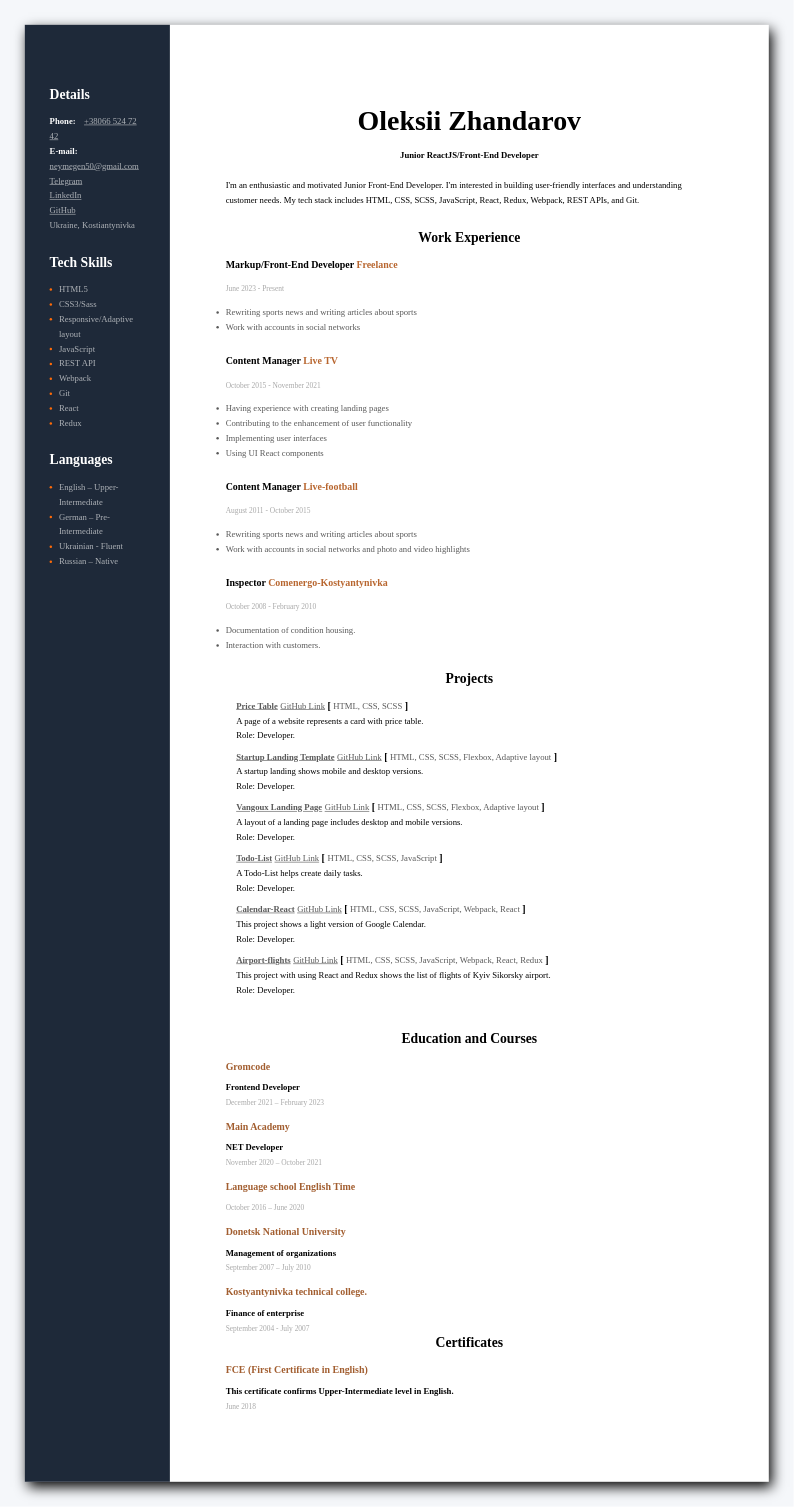
Repository: AlekseyRD88/CVZA
Page: index.html
The author's editor kept a copy of each file at every save. The page is drawn from the files as they stood at one save, then again after the next save.
The browser window is 1280 px wide. The pictures show the whole page, at 62% of full size.

Above is the page before, as saved 2024-01-18 23:44:03.

### index.html
<!DOCTYPE html>
<html lang="en">
  <head>
    <meta charset="UTF-8" />
    <meta http-equiv="X-UA-Compatible" content="IE=edge" />
    <meta name="viewport" content="width=device-width, initial-scale=1.0" />
    <title>CV</title>
    <link rel="stylesheet" href="./style.css" />
  </head>
  <body>
    <div class="wrapper">
      <aside class="sidebar">
        <div class="main-container">
          <div class="contacts">
            <h3 class="contacts-title">Details</h3>
            <div>
              <span class="span">Phone: </span>
              <a class="link" href="+380665247242" target="_blank"> +38066 524 72 42 </a>
            </div>
            <div>
              <span class="span">E-mail: </span>
              <a class="link" href="mailto:neymegen50@gmail.com" target="_blank">neymegen50@gmail.com</a>
            </div>
            <div>
              <a class="link" href="https://t.me/RedDevil_88" target="_blank">Telegram</a>
            </div>
            <div>
              <a class="link" href="https://www.linkedin.com/in/oleksii-zhandarov-184809235/" target="_blank">LinkedIn</a>
            </div>
            <div>
              <a class="link" href="https://github.com/AlekseyRD88" target="_blank">GitHub</a>
            </div>
            <div>
              <p class="link">Ukraine, Kostiantynivka</p>
            </div>
          </div>
          <div class="tech-skills">
            <h3 class="tech-skills-title">Tech Skills</h3>
            <ul>
              <li class="tech-li"><span class="text">HTML5</span></li>
              <li class="tech-li"><span class="text">CSS3/Sass</span></li>
              <li class="tech-li">
                <span class="text">Responsive/Adaptive layout</span>
              </li>
              <li class="tech-li"><span class="text">JavaScript</span></li>
              <li class="tech-li"><span class="text">REST API</span></li>
              <li class="tech-li"><span class="text">Webpack</span></li>
              <li class="tech-li"><span class="text">Git</span></li>
              <li class="tech-li"><span class="text">React</span></li>
              <li class="tech-li"><span class="text">Redux</span></li>
            </ul>
          </div>
          <div class="language-skills">
            <h3 class="language_skills-title">Languages</h3>
            <ul>
              <li class="skills-li">
                <span class="text_skills">English – Upper-Intermediate</span>
              </li>
              <li class="skills-li">
                <span class="text_skills">German – Pre-Intermediate</span>
              </li>
              <li class="skills-li">
                <span class="text_skills">Ukrainian - Fluent</span>
              </li>
              <li class="skills-li">
                <span class="text_skills">Russian – Native</span>
              </li>
            </ul>
          </div>
        </div>
      </aside>
      <div class="container">
        <div class="info">
          <h1 class="name">Oleksii Zhandarov</h1>
          <h2 class="profession">Junior ReactJS/Front-End Developer</h2>

          <p class="description">I'm an enthusiastic and motivated Junior Front-End Developer. I'm interested in building user-friendly interfaces and understanding customer needs. My tech stack includes HTML, CSS, SCSS, JavaScript, React, Redux, Webpack, REST APIs, and Git.</p>
        </div>
        <h3 class="title">Work Experience</h3>
        <div>
          <h4 class="profession-title">Markup/Front-End Developer<span class="prof"> Freelance</span></h4>
          <span class="prof-time">June 2023 - Present </span>
          <ul class="profession-duties">
            <li class="duties-item">Rewriting sports news and writing articles about sports</li>
            <li class="duties-item">Work with accounts in social networks</li>
          </ul>
        </div>
        <div>
          <h4 class="profession-title">Content Manager <span class="prof"> Live TV</span></h4>
          <span class="prof-time">October 2015 - November 2021 </span>
          <ul class="profession-duties">
            <li class="duties-item">Having experience with creating landing pages</li>
            <li class="duties-item">Contributing to the enhancement of user functionality</li>
            <li class="duties-item">Implementing user interfaces</li>
            <li class="duties-item">Using UI React components</li>
          </ul>
        </div>
        <div>
          <h4 class="profession-title">Content Manager <span class="prof"> Live-football</span></h4>
          <span class="prof-time">August 2011 - October 2015 </span>
          <ul class="profession-duties">
            <li class="duties-item">Rewriting sports news and writing articles about sports</li>
            <li class="duties-item">Work with accounts in social networks and photo and video highlights</li>
          </ul>
        </div>
        <div>
          <h4 class="profession-title">Inspector <span class="prof"> Comenergo-Kostyantynivka </span></h4>
          <span class="prof-time"> October 2008 - February 2010 </span>
          <ul class="profession-duties">
            <li class="duties-item">Documentation of condition housing.</li>
            <li class="duties-item">Interaction with customers.</li>
          </ul>
          <div>
            <div class="projects-container">
              <h3 class="title">Projects</h3>
              <ul class="list">
                <li class="projects-item">
                  <a class="projects-link" href="https://alekseyrd88.github.io/price-table-gromcode/" target="_blank"><b>Price Table</b></a>
                  <a class="projects-link" href="https://github.com/AlekseyRD88/price-table-gromcode" target="_blank">GitHub Link</a>
                  <span><b>[</b> <span class="tech-name">HTML, CSS, SСSS</span> <b>]</b></span>
                  <p class="description">A page of a website represents a card with price table.</p>
                  <p class="description">Role: Developer.</p>
                </li>
                <li class="projects-item">
                  <a class="projects-link" href="https://alekseyrd88.github.io/startup-landing-template-gromcode/" target="_blank"><b>Startup Landing Template</b></a>
                  <a class="projects-link" href="https://github.com/AlekseyRD88/startup-landing-template-gromcode" target="_blank">GitHub Link</a>
                  <span><b>[</b> <span class="tech-name">HTML, CSS, SСSS, Flexbox, Adaptive layout</span> <b>]</b></span>
                  <p class="description">A startup landing shows mobile and desktop versions.</p>
                  <p class="description">Role: Developer.</p>
                </li>
                <li class="projects-item">
                  <a class="projects-link" href="https://alekseyrd88.github.io/vangoux-landing-page-gromcode/" target="_blank"><b>Vangoux Landing Page</b></a>
                  <a class="projects-link" href="https://github.com/AlekseyRD88/vangoux-landing-page-gromcode" target="_blank">GitHub Link</a>
                  <span><b>[</b> <span class="tech-name">HTML, CSS, SСSS, Flexbox, Adaptive layout</span> <b>]</b></span>
                  <p class="description">A layout of a landing page includes desktop and mobile versions.</p>
                  <p class="description">Role: Developer.</p>
                </li>
                <li class="projects-item">
                  <a class="projects-link" href="https://alekseyrd88.github.io/todo-js/" target="_blank"><b>Todo-List</b></a>
                  <a class="projects-link" href="https://github.com/AlekseyRD88/todo-js" target="_blank">GitHub Link</a>
                  <span><b>[</b> <span class="tech-name">HTML, CSS, SСSS, JavaScript</span> <b>]</b></span>
                  <p class="description">A Todo-List helps create daily tasks.</p>
                  <p class="description">Role: Developer.</p>
                </li>
                <li class="projects-item">
                  <a class="projects-link" href="https://singular-axolotl-241f5f.netlify.app/" target="_blank"><b>Calendar-React</b></a>
                  <a class="projects-link" href="https://github.com/AlekseyRD88/calendar-react" target="_blank">GitHub Link</a>
                  <span><b>[</b> <span class="tech-name">HTML, CSS, SСSS, JavaScript, Webpack, React</span> <b>]</b></span>
                  <p class="description">This project shows a light version of Google Calendar.</p>
                  <p class="description">Role: Developer.</p>
                </li>
                <li class="projects-item">
                  <a class="projects-link" href="https://dainty-fudge-09b940.netlify.app/" target="_blank"><b>Airport-flights</b></a>
                  <a class="projects-link" href="https://github.com/AlekseyRD88/airport-flights" target="_blank">GitHub Link</a>
                  <span><b>[</b> <span class="tech-name">HTML, CSS, SСSS, JavaScript, Webpack, React, Redux</span> <b>]</b></span>
                  <p class="description">This project with using React and Redux shows the list of flights of Kyiv Sikorsky airport.</p>
                  <p class="description">Role: Developer.</p>
                </li>
              </ul>
            </div>
            <div>
              <h3 class="title">Education and Courses</h3>
              <div>
                <h3 class="study">Gromcode</h3>
                <h2 class="spec">Frontend Developer</h2>
                <span class="study-time">December 2021 – February 2023 </span>
              </div>
              <div>
                <h3 class="study">Main Academy</h3>
                <h2 class="spec">NET Developer</h2>
                <span class="study-time">November 2020 – October 2021 </span>
              </div>
              <div>
                <h3 class="study">Language school English Time</h3>
                <span class="study-time">October 2016 – June 2020 </span>
              </div>
              <div>
                <h3 class="study">Donetsk National University</h3>
                <h2 class="spec">Management of organizations</h2>
                <span class="study-time">September 2007 – July 2010 </span>
              </div>
              <div>
                <h3 class="study">Kostyantynivka technical college.</h3>
                <h2 class="spec">Finance of enterprise</h2>
                <span class="study-time">September 2004 - July 2007 </span>
              </div>
              <h3 class="title">Certificates</h3>
              <div>
                <h3 class="study">FCE (First Certificate in English)</h3>
                <h2 class="spec">This certificate confirms Upper-Intermediate level in English.</h2>
                <span class="study-time">June 2018 </span>
              </div>
            </div>
          </div>
        </div>
      </div>
    </div>
  </body>
</html>

### style.css
* {
  padding: 0;
  margin: 0;
  box-sizing: border-box;
}

body {
  background: #f5f7fa;
  padding: 40px 20px;

  font-family: Montserrat;
}

.list {
  list-style: none;
}

.wrapper {
  background: #ffffff;
  display: flex;
  max-width: 1200px;
  margin: 0 auto;
  box-shadow: 5px 9px 20px rgb(0, 0, 0, 15);
}

.sidebar {
  background: #1e2939;
  width: 370px;
  padding-top: 40px;
  padding-bottom: 40px;
}

.photo {
  width: 370px;
}

.container {
  padding: 110px 90px;
}

.contacts {
  margin-top: 60px;
  margin-left: 40px;
  margin-right: 40px;
}

.contacts-title {
  font-size: 22px;
  font-weight: 700;
  line-height: 24px;
  color: #ffffff;
  margin-bottom: 20px;
}

.link {
  font-size: 14px;
  font-weight: 400;
  line-height: 24px;
  color: #aeb2b7;
  margin-right: 10px;
}

.span {
  font-size: 14px;
  font-weight: 700;
  line-height: 24px;
  color: #ffffff;
  margin-right: 10px;
}

.tech-skills-title {
  font-size: 22px;
  font-weight: 700;
  line-height: 24px;
  margin-bottom: 20px;
  color: #ffffff;
}

.tech-skills {
  margin-left: 40px;
  margin-right: 40px;
  margin-top: 35px;
}

.tech-li {
  font-size: 14px;
  font-weight: 400;
  line-height: 24px;
  color: #ff6b08;
  margin-left: 15px;
}

.text {
  color: #aeb2b7;
}

.language-skills {
  margin-left: 40px;
  margin-right: 40px;
  margin-top: 35px;
}
.language_skills-title {
  font-size: 22px;
  font-weight: 700;
  line-height: 24px;
  color: #ffffff;
  margin-bottom: 20px;
}

.skills-li {
  font-size: 14px;
  font-weight: 400;
  line-height: 24px;
  color: #ff6b08;
  margin-left: 15px;
}

.text_skills {
  color: #aeb2b7;
}

.profession {
  font-size: 14px;
  font-weight: 700;
  line-height: 24px;
  margin-bottom: 25px;
  text-align: center;
}

.name {
  font-size: 45px;
  font-weight: 700;
  line-height: 89px;
  text-align: center;
}

.description {
  font-size: 14px;
  font-weight: 400;
  line-height: 24px;
}

.about-link {
  color: currentColor;
}

.info {
  margin-bottom: 35px;
}

.title {
  font-size: 22px;
  font-weight: 700;
  line-height: 24px;
  margin-bottom: 20px;
  text-align: center;
}

.projects-link {
  color: #595959;
  font-size: 14px;
  font-weight: 400;
  line-height: 24px;
}

.projects-item + .projects-item {
  margin-top: 10px;
}

.tech-name {
  color: #595959;
  font-size: 14px;
  font-weight: 400;
  line-height: 24px;
}

.dots {
  color: #bebebe;
  font-weight: 100;
}

.projects-item {
  font-weight: 700;
  margin-left: 17px;
}

.projects-container {
  margin-bottom: 55px;
}

.profession-title {
  font-size: 16px;
  font-weight: 700;
  line-height: 24px;
  margin-top: 10px;
  margin-bottom: 15px;
}


.prof {
  color: #b8662f;
}

.prof-time {
  color: #a8a8a8;
  font-size: 12px;
  font-weight: 400;
  line-height: 24px;
  margin-bottom: 14px;
}

.profession-duties {
  margin-top: 14px;
  margin-bottom: 30px;
}
.duties-item {
  color: #595959;
  font-size: 14px;
  font-weight: 400;
  line-height: 24px;
}

.study {
  color: #a25e30;
  font-size: 16px;
  font-weight: 700;
  line-height: 24px;
  margin-top: 15px;
  margin-bottom: 10px;
}

.spec {
  font-size: 14px;
  font-weight: 700;
  line-height: 24px;
}

.study-time {
  color: #a8a8a8;
  font-size: 12px;
  font-weight: 400;
  line-height: 24px;
}

After the next save:
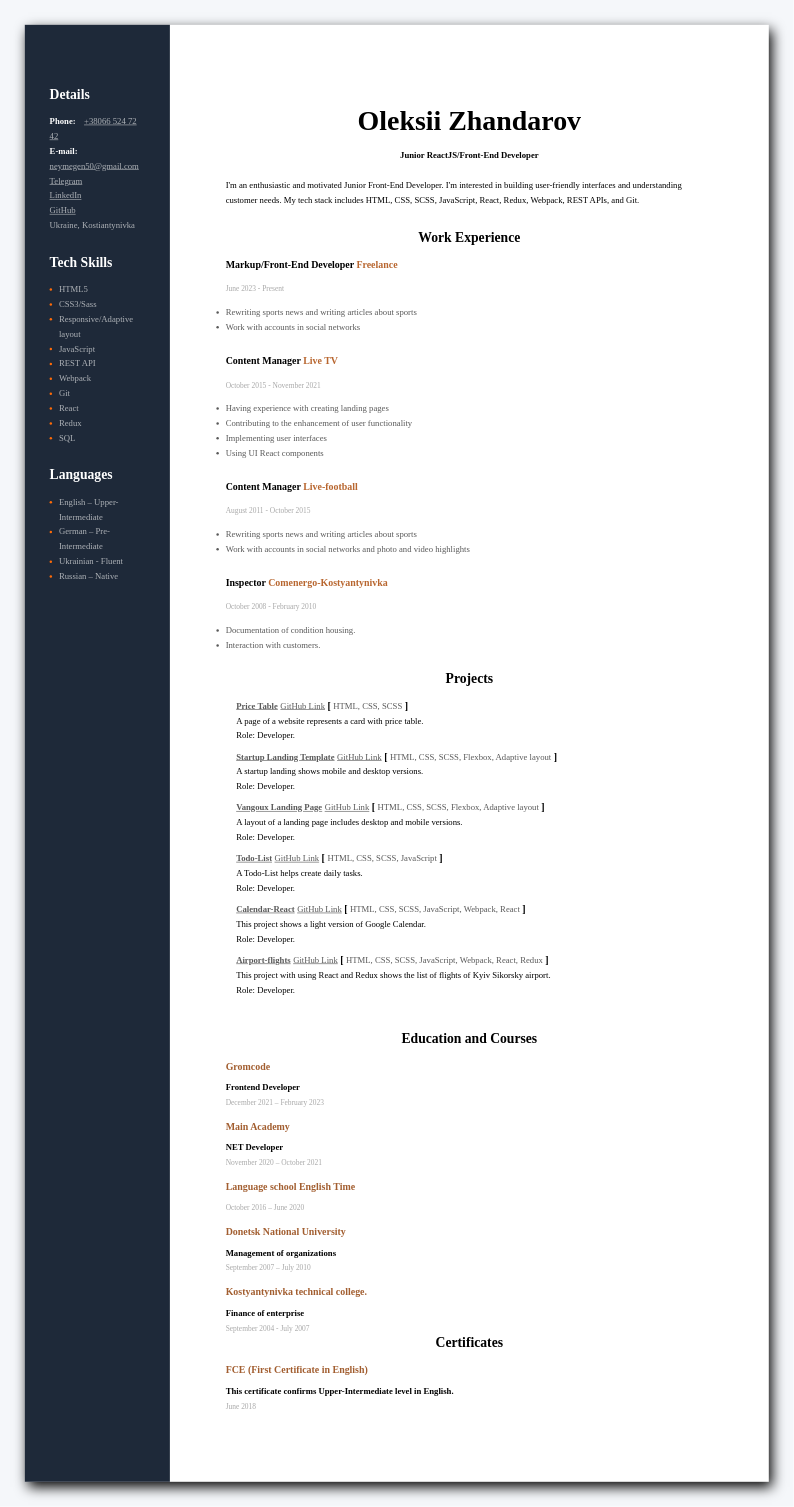
Saved 286 days later.
--- a/index.html
+++ b/index.html
@@ -48,6 +48,7 @@
               <li class="tech-li"><span class="text">Git</span></li>
               <li class="tech-li"><span class="text">React</span></li>
               <li class="tech-li"><span class="text">Redux</span></li>
+              <li class="tech-li"><span class="text">SQL</span></li>
             </ul>
           </div>
           <div class="language-skills">
